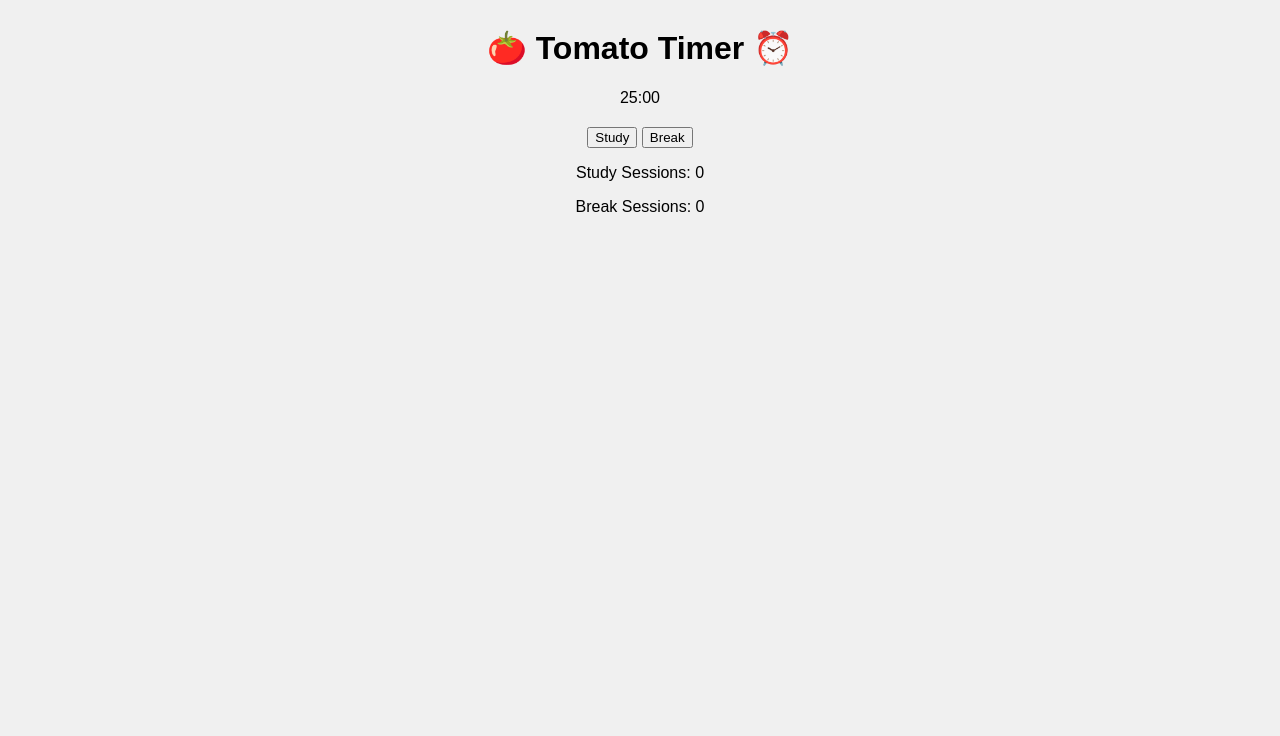
Repository: valentinaarojas/tomato-timer
Page: index.html
An editor plug-in stored every save of this project. The page is shown before and after the next save, followed by the edit.
The browser window is 1280 px wide. The pictures show the whole page.

Above is the page before, as saved 2025-02-06 19:59:00.

After the next save:
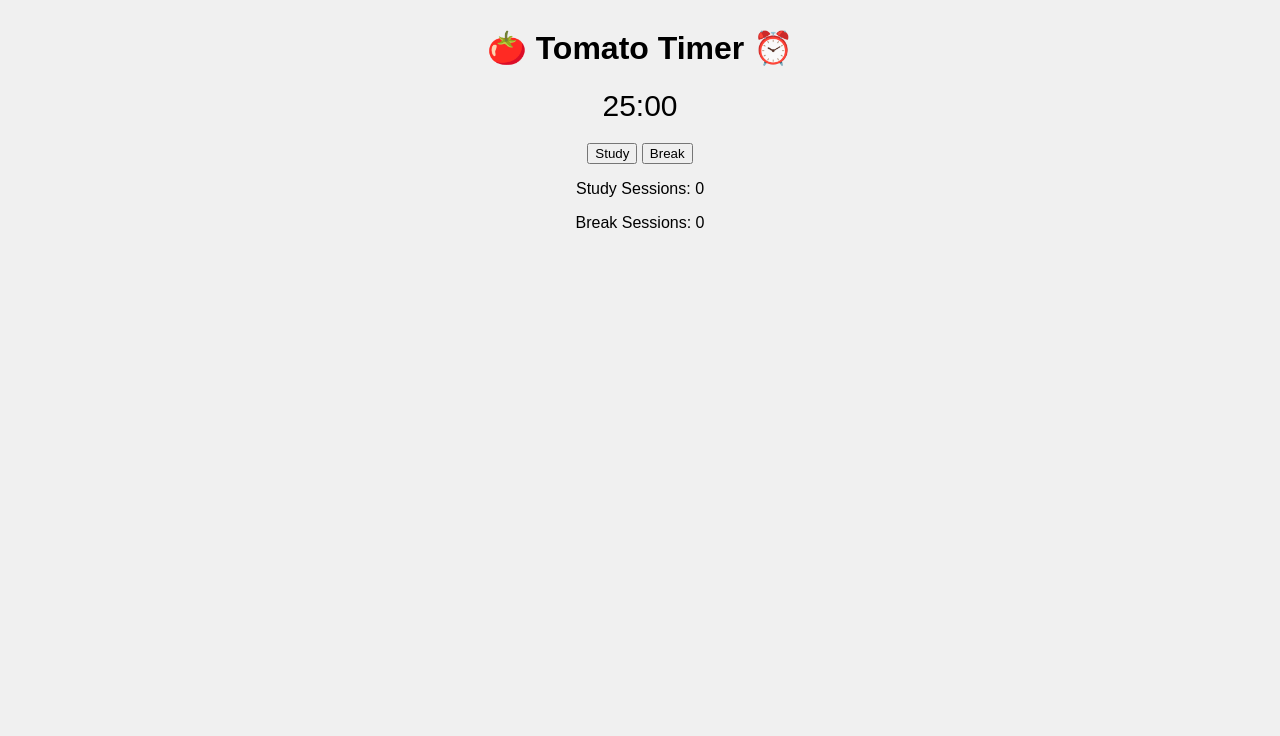
Saved 12 s later.
--- a/styles.css
+++ b/styles.css
@@ -13,5 +13,5 @@ body {
 
 #timer-display {
     margin: 20px 0;
-    font-size: ;
+    font-size: 30px;
 }
